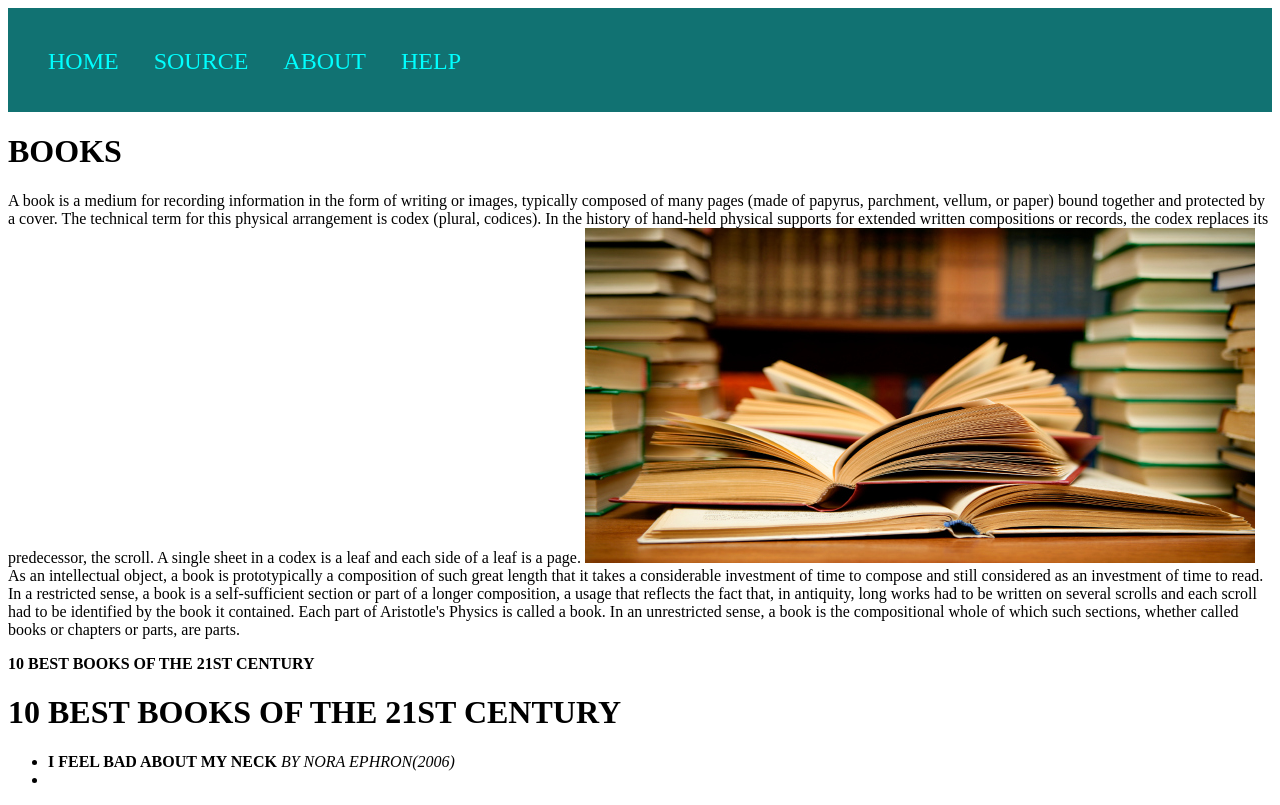
Repository: Hanan-arts/websites
Page: 01 web design/website.html
An editor plug-in stored every save of this project. The page is shown before and after the next save, followed by the edit.
The browser window is 1280 px wide. The pictures show the whole page.

Above is the page before, as saved 2021-02-13 21:22:30.

### 01 web design/website.html
<!DOCTYPE html>
<html lang="en">
<head>
    <meta charset="UTF-8">
    <meta http-equiv="X-UA-Compatible" content="IE=edge">
    <meta name="viewport" content="width=device-width, initial-scale=1.0">
    <title>BOOKS WORLD</title>
</head>
<link rel="stylesheet" href="c.css">
<body>
    <div class="container">
        <div class="nav-wrapper">
        <div class="left-side">
            <div class="nav-link-wrapper">
                <a href="website.html">HOME</a>
            </div>
            <div class="nav-link-wrapper">
                <a href="Source.html">SOURCE</a>
            </div>
                <div class="nav-link-wrapper">
                    <a href="About.html">ABOUT</a>
                </div>
                    <div class="nav-link-wrapper">
                        <a href="Help.html">HELP</a>
                    </div>
                </div>
            </div>
        </div>
        </div>
        </div>
    </div>
<h1><b>BOOKS</b></h1>
<p>A book is a medium for recording information in the form of writing or images, typically composed of
many pages (made of papyrus, parchment, vellum, or paper) bound together and protected by a cover.
The technical term for this physical arrangement is codex (plural, codices). In the history of
hand-held physical supports for extended written compositions or records, the codex replaces its
predecessor, the scroll. A single sheet in a codex is a leaf and each side of a leaf is a page.
<img src="books-for-survey.jpg" ><br>

As an intellectual object, a book is prototypically a composition of such great length that it takes
a considerable investment of time to compose and still considered as an investment of time to read.
In a restricted sense, a book is a self-sufficient section or part of a longer composition,
a usage that reflects the fact that, in antiquity, long works had to be written on several scrolls and
each scroll had to be identified by the book it contained. Each part of Aristotle's Physics is called a
book.
In an unrestricted sense, a book is the compositional whole of which such sections, whether called books
or chapters or parts,
are parts.
</body>
<p><b>10 BEST BOOKS OF THE 21ST CENTURY</b><h1>10 BEST BOOKS OF THE 21ST CENTURY</h1></p>
<p>
    <div>
        <ul>
            <li><b>I FEEL BAD ABOUT MY NECK     </b> <i>BY NORA EPHRON(2006)

            </i></li>
            <li></li>

        </ul>
    </div>

</p>

</html>

### 01 web design/c.css
.nav-wrapper{
    display:flex;
    justify-content: space-between;
    padding: 40px;
    background-color: rgb(17, 114, 114);
}
.left-side{
    display: flex;
}
.nav-wrapper > .left-side > div {
    margin-right: 35px;
    font-size: 1.5em;
    text-transform: uppercase;
}
.nav-link-wrapper{
    height: 23px;
    border-bottom: 1.2px solid transparent;
    transition: border-bottom 0.7s;
}
.nav-link-wrapper a {
    color: aqua;
    text-decoration: wavy;
    transition: color 0.7s;
}
.nav-link-wrapper:hover{
    border-bottom: 1.5px solid gray;
}
.nav-link-wrapper a:hover{
    color: gray;
}

After the next save:
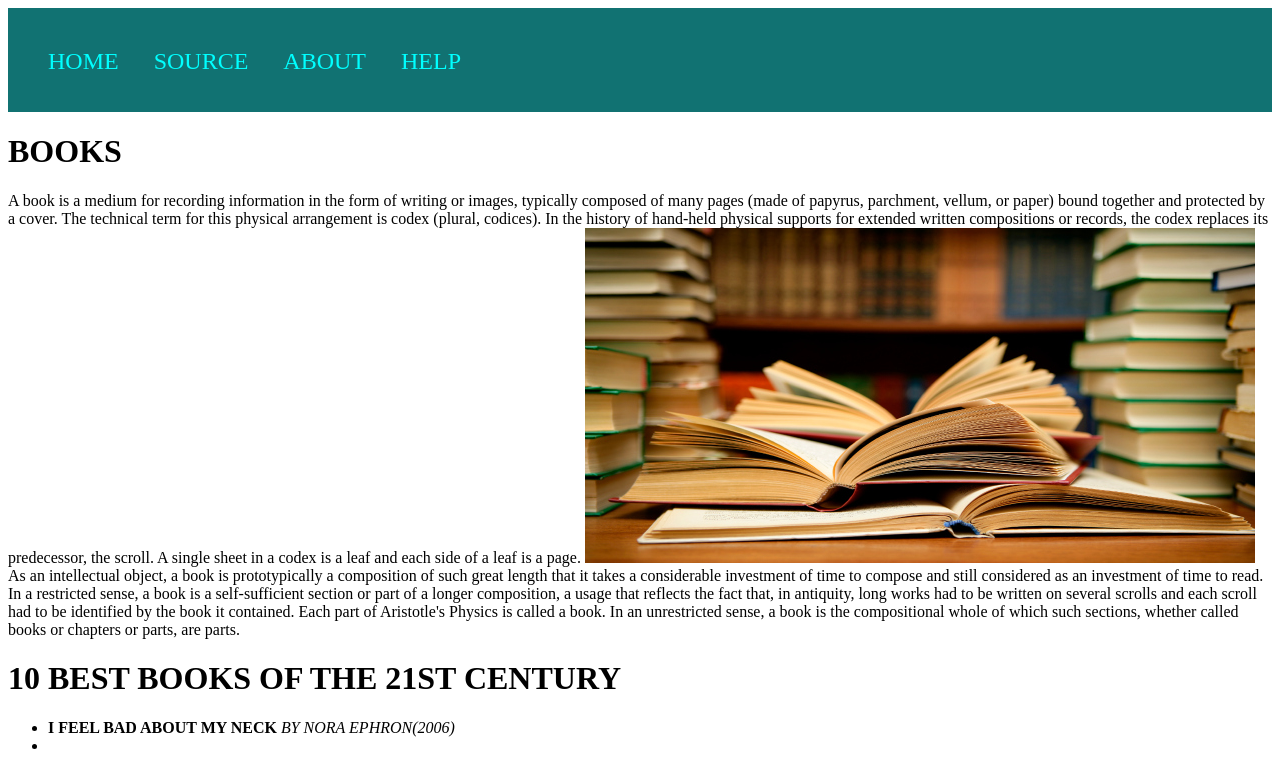
Saved 11 s later.
--- a/01 web design/website.html
+++ b/01 web design/website.html
@@ -47,7 +47,7 @@ In an unrestricted sense, a book is the compositional whole of which such sectio
 or chapters or parts,
 are parts.
 </body>
-<p><b>10 BEST BOOKS OF THE 21ST CENTURY</b><h1>10 BEST BOOKS OF THE 21ST CENTURY</h1></p>
+<p><b></b><h1>10 BEST BOOKS OF THE 21ST CENTURY</h1></p>
 <p>
     <div>
         <ul>
